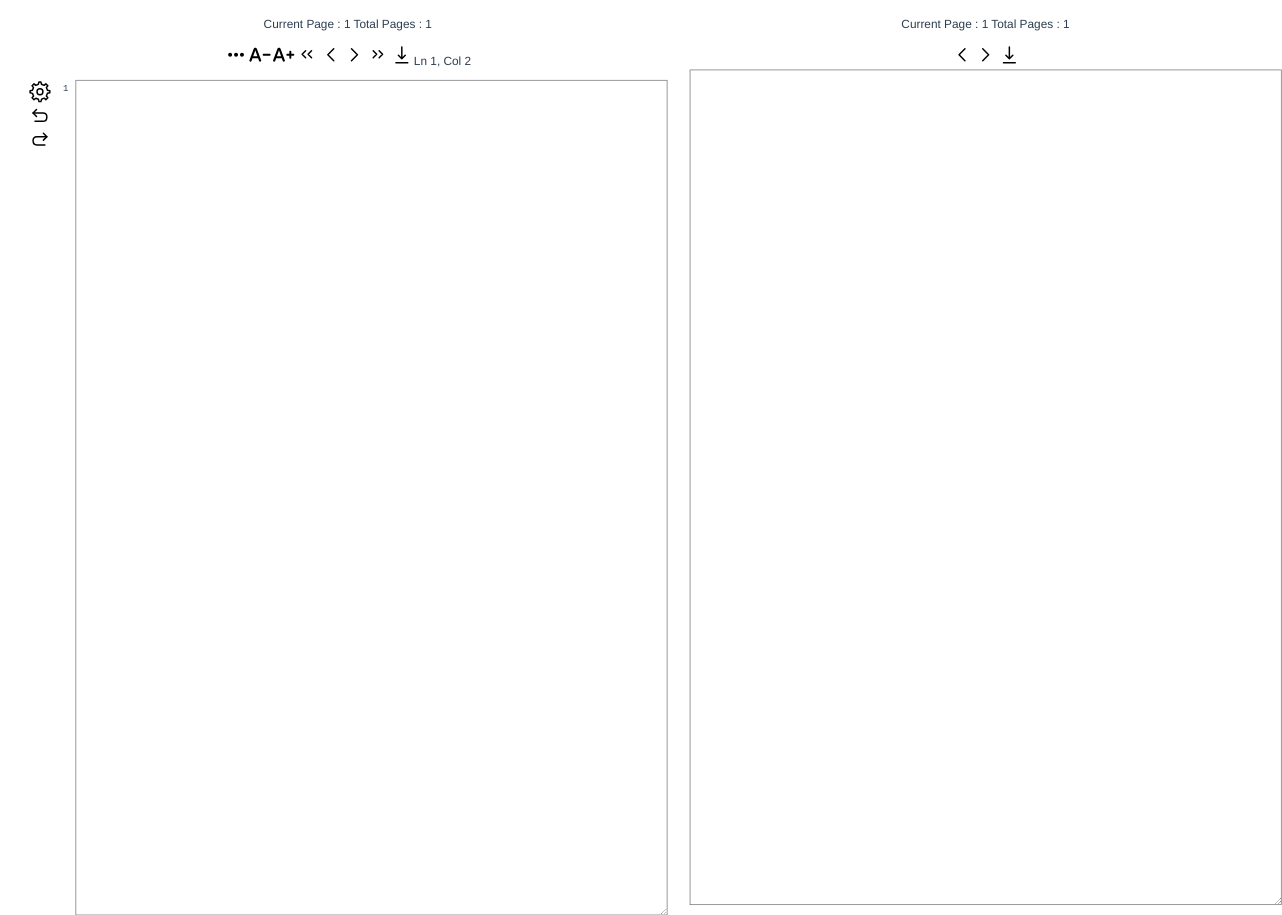
Repository: 321paranoiawhy/online-resume
Page: /
An editor plug-in stored every save of this project. The page is shown before and after the next save, followed by the edit.
The browser window is 1280 px wide. The page is 1732 px wide, so the pictures cover 1732 px, including what lies to the right of the window. The pictures show the whole page, at 74% of full size.
The project was rebuilt for these pictures with package versions that can differ from the ones it lists, and the page was loaded fresh each time. Also part of the build but not shown: vue.config.js, src/components/Header.vue, src/components/Introduction.vue, src/components/Footer.vue.

Above is the page before, as saved 2022-05-29 14:12:49.

### src/main.js
import { createApp } from 'vue'
import App from './App.vue'
import router from './router'
import store from './store'

// 引入公共样式 common.css
import './css/common.css'
createApp(App).use(store).use(router).mount('#app')

### src/App.vue
<template>
    <router-view />
</template>

<style lang="scss">
html,
body,
#app {
    height: 100%;
}
#app {
    font-family: Avenir, Helvetica, Arial, sans-serif;
    -webkit-font-smoothing: antialiased;
    -moz-osx-font-smoothing: grayscale;
    text-align: center;
    color: #2c3e50;
}
</style>

### src/store/index.js
import { createStore } from 'vuex'

export default createStore({
  state: {
    // 示例
    example: 0,
    leftColumn: 0,
    rightColumn: 0,
  },
  getters: {
  },
  mutations: {
    // 示例
    // 组件提交和获取前, 需
    // 1. import {useStore} from "vuex";
    // 2. const store = useStore();
    // 组件提交 store.commit("getExample",commitValue);
    // 组件获取 store.state.example
    // setup() 函数 最后 return {store}
    getExample(state, data) {
      state.example = data;
    },
    // 右边 当前列数
    // 组件提交 store.commit("getLeftColumn")
    getLeftColumn(state, data) {
      state.leftColumn = data;
    },
    // 右边 当前列数
    getRightColumn(state, data) {
      state.rightColumn = data;
    },
  },
  actions: {
  },
  modules: {
  }
})

### src/css/common.css
textarea.left-textarea {
    width: 210mm; /* 210 * 96 / 25.4 = 793.7 px */
    height: 297mm; /* 297 * 96 / 25.4 = 1122.52 px */
    /* 字体大小 */
    font-size: 12px;
    /* 行高 */
    line-height: 18px;
    /* 统一各浏览器下 textarea 盒模型 */
    margin: 0;
    border-width: 1px;
    padding: 2px;
}
textarea.right-textarea {
    /* 1 in = 25.4 mm = 96 px */
    width: 210mm; /* 210 * 96 / 25.4 = 793.7 px */
    height: 297mm; /* 297 * 96 / 25.4 = 1122.52 px */
    /* 统一各浏览器下 textarea 盒模型 */
    margin: 0;
    border-width: 1px;
    padding: 2px;
}
img {
    width: 32px;
    height: 32px;
    cursor: pointer;
}

### src/views/HomeView.vue
<template>
    <!-- <TopHeader></TopHeader> -->
    <!-- <Introduction></Introduction> -->
    <div class="main-flex">
        <LeftInput class="left-input"></LeftInput>
        <RightOutput></RightOutput>
    </div>
    <!-- <BottomFooter></BottomFooter> -->
</template>

<script>
// @ is an alias to /src
import TopHeader from "@/components/Header.vue";
import Introduction from "@/components/Introduction.vue";
import LeftInput from "@/components/LeftInput.vue";
import RightOutput from "@/components/RightOutput.vue";
import BottomFooter from "@/components/Footer.vue";

// 功能拆解
// 下载源码和渲染结果文件(HTML&CSS, PDF, DOCX), 使用 Pandoc
// LaTeX 语法支持 (引入 MathJax)
// JavaScript 实现 解析
// common.css 负责特定样式
// 切换主题或者切换模板
// 主题 白天 黑夜
// 模板 暂定唯一模板 后续定制更多模板 (寻找优雅的 resume 模板)
// autosave
// localstorage

export default {
    name: "HomeView",
    components: {
        TopHeader,
        Introduction,
        LeftInput,
        RightOutput,
        BottomFooter,
    },
};
</script>

<style scoped lang="scss">
div.main-flex {
    display: flex;
    width: fit-content;
    & .left-input {
        margin-left: 30px;
        margin-right: 30px;
    }
}
</style>

### src/components/LeftInput.vue
<template>
    <div class="left-input-flex-column">
        <p>
            Current Page : {{ currentInputPage }} Total Pages :
            {{ totalInputPage }}
        </p>
        <!-- <p>Ln {{ currentLine }}, Col {{ currentColumn }}</p> -->
        <div class="top-flex">
            <img
                v-for="(item, index) in leftInputImage"
                :key="index"
                :src="require('../assets/images/' + item.img_src + '.svg')"
                alt=""
            />
            <p @click="gotoLnAndCol">Ln 1, Col 2</p>
        </div>

        <div class="flex">
            <!-- 侧边工具栏 -->
            <Sidebar></Sidebar>
            <!-- 左侧显示 行号 -->
            <ul>
                <li v-for="(item, index) in lineNumbersArray" :key="index">
                    {{ item }}
                </li>
            </ul>
            <!-- input textarea -->
            <textarea
                spellcheck="true"
                class="left-textarea"
                ref="input"
                @input="compileInput"
            ></textarea>
        </div>
    </div>
</template>

<script>
import leftInputImage from "/public/data/leftInputImage.json";
import Sidebar from "@/components/Sidebar.vue";
import { ref } from "@vue/reactivity";
import { onMounted } from "@vue/runtime-core";
import { useStore } from "vuex";

export default {
    name: "LeftInput",
    components: {
        Sidebar,
    },
    setup() {
        let currentInputPage = 1;
        let totalInputPage = 1;
        let input = ref(null);
        const store = useStore();
        // vue2 this.$refs.input 获取到 DOM 元素
        // vue3 mounted 后方可获取到 DOM 元素
        onMounted(() => {
            // console.log(input.value);
            // console.log(input.value.value);
            // console.log(input.value.value.length);
            // store.commit("getLeftLine", 0);
        });
        let lineNumbersArray = ref([1]);
        let compileInput = () => {
            console.log(input.value.value.split("\n"));
            lineNumbersArray.value = Array.from(
                { length: input.value.value.split("\n").length },
                (_, index) => index + 1
            );
        };
        let gotoLnAndCol = () => {};
        return {
            leftInputImage,
            currentInputPage,
            totalInputPage,
            input,
            store,
            lineNumbersArray,
            compileInput,
            gotoLnAndCol,
        };
    },
};
</script>

<style scoped lang="scss">
.left-input-flex-column {
    display: flex;
    flex-direction: column;
    & div.flex {
        display: flex;
    }
    & ul li {
        list-style-type: none;
    }
    & ul {
        margin: 3px 10px 0 15px;
        padding: 0;
        // 字体大小
        font-size: 12px;
        // 行高
        line-height: 18px;
        font-family: monospace;
    }
    & div.top-flex {
        display: flex;
        margin: auto;
        & p {
            margin-left: auto;
        }
    }
}
</style>

### src/components/RightOutput.vue
<template>
    <div class="right-output-flex-column">
        <p>
            Current Page : {{ currentOutputPage }} Total Pages :
            {{ totalOutputPage }}
        </p>
        <div>
            <img
                v-for="(item, index) in rightOutputImage"
                :key="index"
                :src="require('../assets/images/' + item.img_src + '.svg')"
                alt=""
            />
        </div>
        <textarea spellcheck="true" class="right-textarea"></textarea>
    </div>
</template>

<script>
import rightOutputImage from "/public/data/rightOutputImage.json";
export default {
    name: "RightInput",
    setup() {
        let currentOutputPage = 1;
        let totalOutputPage = 1;
        return {
            currentOutputPage,
            totalOutputPage,
            rightOutputImage,
        };
    },
};
</script>

<style scoped lang="scss">
.right-ouput-flex-column {
    display: flex;
    flex-direction: column;
}
</style>

### public/data/leftInputImage.json
[
    {
        "img_src": "IcRoundMoreHoriz"
    },
    {
        "img_src": "IcRoundTextDecrease"
    },
    {
        "img_src": "IcRoundTextIncrease"
    },
    {
        "img_src": "IconoirFastArrowLeft"
    },
    {
        "img_src": "IconoirNavArrowLeft"
    },
    {
        "img_src": "IconoirNavArrowRight"
    },
    {
        "img_src": "IconoirFastArrowRight"
    },
    {
        "img_src": "IconoirDownload"
    }
]

### src/components/Sidebar.vue
<template>
    <div class="sidebar-flex-column">
        <img
            v-for="(item, index) in sidebarImage"
            :key="index"
            :src="require('../assets/images/' + item.img_src + '.svg')"
            alt=""
        />
    </div>
</template>

<script>
// 引入图片 json 数据文件
import sidebarImage from "/public/data/sidebarImage.json";

export default {
    name: "Sidebar",
    setup() {
        return {
            sidebarImage,
        };
    },
};
</script>

<style scoped lang="scss">
.sidebar-flex-column {
    display: flex;
    flex-direction: column;
    width: fit-content;
    height: fit-content;
}
</style>

### public/data/rightOutputImage.json
[
    {
        "img_src": "IconoirNavArrowLeft"
    },
    {
        "img_src": "IconoirNavArrowRight"
    },
    {
        "img_src": "IconoirDownload"
    }
]

### public/data/sidebarImage.json
[
    {
        "img_src": "IconoirSettings"
    },
    {
        "img_src": "IconoirUndo"
    },
    {
        "img_src": "IconoirRedo"
    }
]

Loaded but not shown: public/index.html (common file); src/router/index.js (common file)

After the next save:
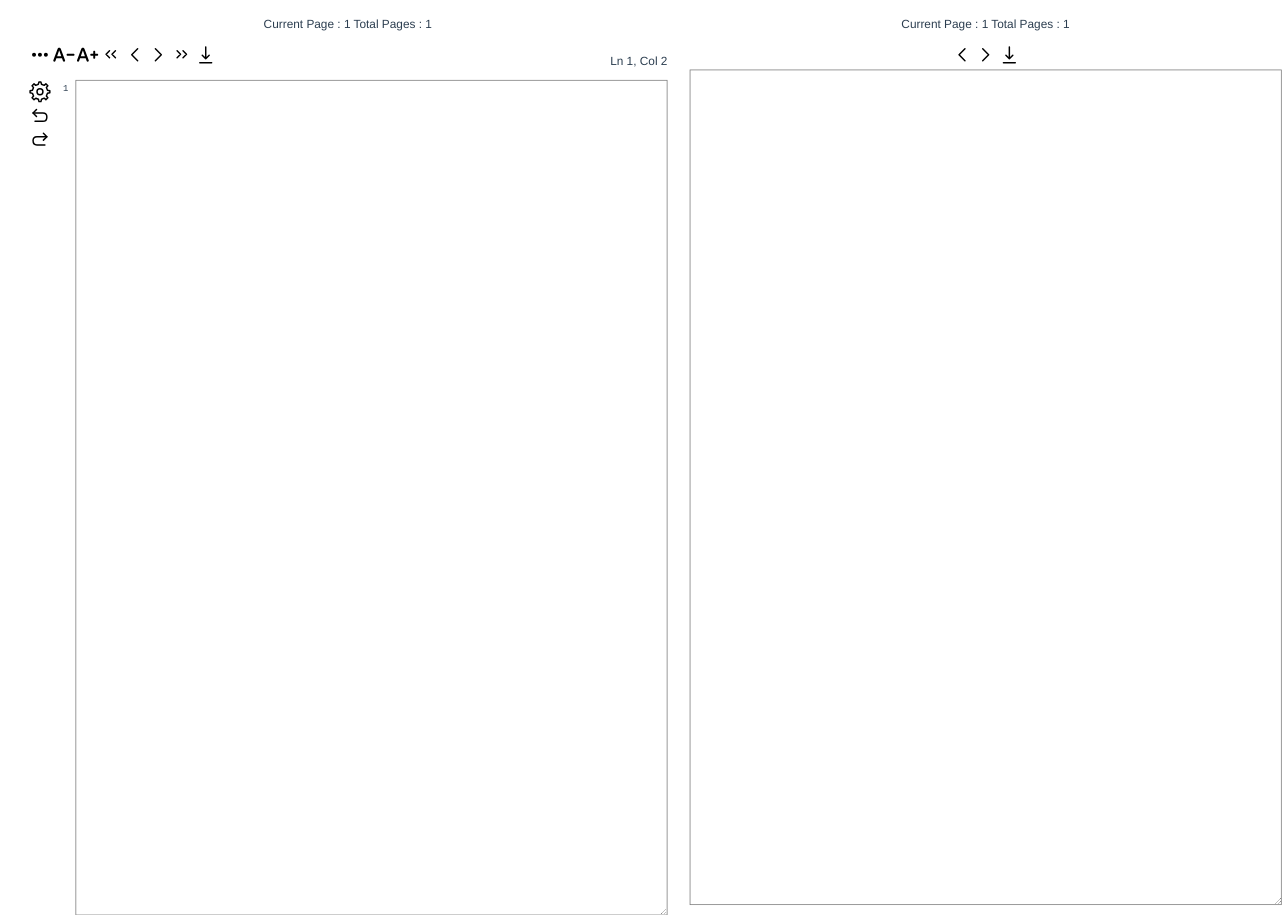
Saved 25 s later.
--- a/src/components/LeftInput.vue
+++ b/src/components/LeftInput.vue
@@ -104,7 +104,7 @@ export default {
     }
     & div.top-flex {
         display: flex;
-        margin: auto;
+        // margin: auto;
         & p {
             margin-left: auto;
         }
